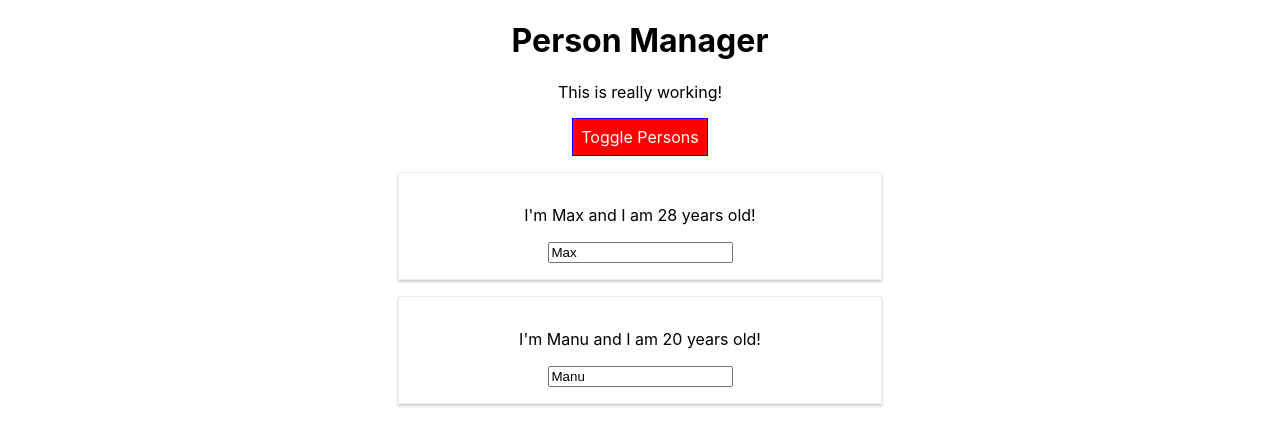
Repository: AidanHak/udemy-react-guide
Page: /, after clicking the first element matching `button`
The author's editor kept a copy of each file at every save. The page is drawn from the files as they stood at one save, then again after the next save.
The browser window is 1280 px wide. The pictures show the whole page.
The project was rebuilt for these pictures with package versions that can differ from the ones it lists, and the page was loaded fresh each time. Also part of the build but not shown: src/components/ErrorBoundary/ErrorBoundary.js.

Above is the page before, as saved 2021-02-28 12:01:40.

### src/index.js
import React from 'react';
import ReactDOM from 'react-dom';
import './index.css';
import App from './containers/App';
import reportWebVitals from './reportWebVitals';

ReactDOM.render(
  <React.StrictMode>
    <App appTitle="Person Manager" />
  </React.StrictMode>,
  document.getElementById('root')
);

// If you want to start measuring performance in your app, pass a function
// to log results (for example: reportWebVitals(console.log))
// or send to an analytics endpoint. Learn more: https://bit.ly/CRA-vitals
reportWebVitals();

### src/containers/App.js
import React, { Component } from 'react';
import styles from './App.module.css';
import Persons from '../components/Persons/Persons';
import Cockpit from '../components/Cockpit/Cockpit';

class App extends Component {
	constructor(props) {
		super(props);
		console.log('[App.js] constructor');
	}

	state = {
		persons: [
			{ id: 'sfsdkf', name: 'Max', age: 28},
			{ id: 'kdlsd', name: 'Manu', age: 20}
		],
		showPersons: false
	}

	static getDerivedStateFromProps(props, state) {
		console.log('[App.js] getDerivedStateFromProps', props);
		return state;
	}

	componentDidMount() {
		console.log('[App.js] componentDidMount');
	}

	componentDidUpdate() {
		console.log('[App.js] componentDidUpdate');
	}

	nameChangedHandler = (event, id) => {
		const personIndex = this.state.persons.findIndex(p => {
			return p.id === id;
		});

		const person = {
			...this.state.persons[personIndex]
		};

		person.name = event.target.value;

		const persons = [...this.state.persons];
		persons[personIndex] = person;

		this.setState({
			persons: persons
		})
	}

	deletePersonHandler = (personIndex) => {
		const persons = [...this.state.persons];
		persons.splice(personIndex, 1);
		this.setState({
			persons: persons
		})
	}

	togglePersonsHandler = () => {
		const doesShow = this.state.showPersons;
		this.setState({
			showPersons: !doesShow
		})
	}

	render() {
		console.log('[App.js] render');
		let persons = null;

		if (this.state.showPersons) {
			persons = <Persons
				persons={this.state.persons}
				clicked={this.deletePersonHandler}
				changed={this.nameChangedHandler} />;
		}

		return (
			<div className={styles.App}>
				<Cockpit
					title={this.props.appTitle}
					showPersons={this.state.showPersons}
					persons={this.state.persons}
					clicked={this.togglePersonsHandler} />
				{persons}
			</div>
		);
	}
}

export default App;

### src/components/Persons/Persons.js
import React, { Component } from 'react';
import Person from './Person/Person';
import ErrorBoundary from '../ErrorBoundary/ErrorBoundary';

class Persons extends Component {
	// static getDerivedStateFromProps(props, state) {
	// 	console.log('[Persons.js] getDerivedStateFromProps');
	// 	return state;
	// }

	// componentWillReceiveProps(props) {
	// 	console.log('[Persons.js] componentWillReceiveProps', props);
	// }

	shouldComponentUpdate(nextProps, nextState) {
		console.log('[Persons.js] shouldComponentUpdate');
		return true;
	}

	getSnapshotBeforeUpdate(prevProps, prevState) {
		console.log('[Persons.js] getSnapshotBeforeUpdate');
		return { message: 'Snapshot!' };
	}

	componentDidUpdate(prevProps, prevState, snapshot) {
		console.log('[Persons.js] componentDidUpdate');
		console.log(snapshot);
	}

	render() {
		console.log('[Persons.js] rendering...');
		return this.props.persons.map((person, index) => {
			return <ErrorBoundary key={person.id}>
				<Person
				click={() => this.props.clicked(index)}
				name={person.name}
				age={person.age}
				//key={person.id}
				nameChange={(event) => this.props.changed(event, person.id)} />
			</ErrorBoundary>
		});
	}
}

export default Persons;

### src/components/Cockpit/Cockpit.js
import React from 'react';
import styles from './Cockpit.module.css';

const cockpit = (props) => {
	const assignedClasses = [];
	let btnClass = '';
	if (props.showPersons) {
		btnClass = styles.Red;
	}

	if (props.persons.length <= 1) {
		assignedClasses.push(styles.red);
	}
	if (props.persons.length === 0) {
		assignedClasses.push(styles.bold);
	}

	return (
		<div className={styles.Cockpit}>
			<h1>{props.title}</h1>
			<p className={assignedClasses.join(' ')}>This is really working!</p>
			<button
				//style={style}
				//altStyle={this.state.showPersons}
				className={btnClass}
				onClick={props.clicked}>Toggle Persons
			</button>
		</div>
	);
};

export default cockpit;

### src/components/Persons/Person/Person.js
import React, { Component } from 'react';
import styles from './Person.module.css';

class Person extends Component {
	render() {
		console.log('[Person.js] rendering...');
		return (
			<div className={styles.Person}>
				<p onClick={this.props.click}>I'm {this.props.name} and I am {this.props.age} years old!</p>
				<p>{this.props.children}</p>
				<input type="text" value={this.props.name} onChange={this.props.nameChange} />
			</div>
		);
	}
}

export default Person;

### src/components/Cockpit/Cockpit.module.css
.red {
	color: red;
}

.bold {
	font-weight: bold;
}

.Cockpit button {
	background-color:green;
	color:white;
	font:inherit;
	border:1px solid blue;
	padding:8px;
	cursor:pointer;
}

.Cockpit button:hover {
	background-color:lightgreen;
	color:black;
}

.Cockpit button.Red {
	background-color:red;
}

.Cockpit button.Red:hover {
	background-color:salmon;
}

### src/components/Persons/Person/Person.module.css
.Person {
	width:35%;
	margin:16px auto;
	border:1px solid #eee;
	box-shadow:0 2px 3px #ccc;
	padding:16px;
	text-align:center;
}

@media (min-width:500px) {
	.Person {
		width:450px;
	}
}

Loaded but not shown: public/index.html (common file); src/index.css (common file); src/reportWebVitals.js (common file); src/containers/App.module.css (common file)

After the next save:
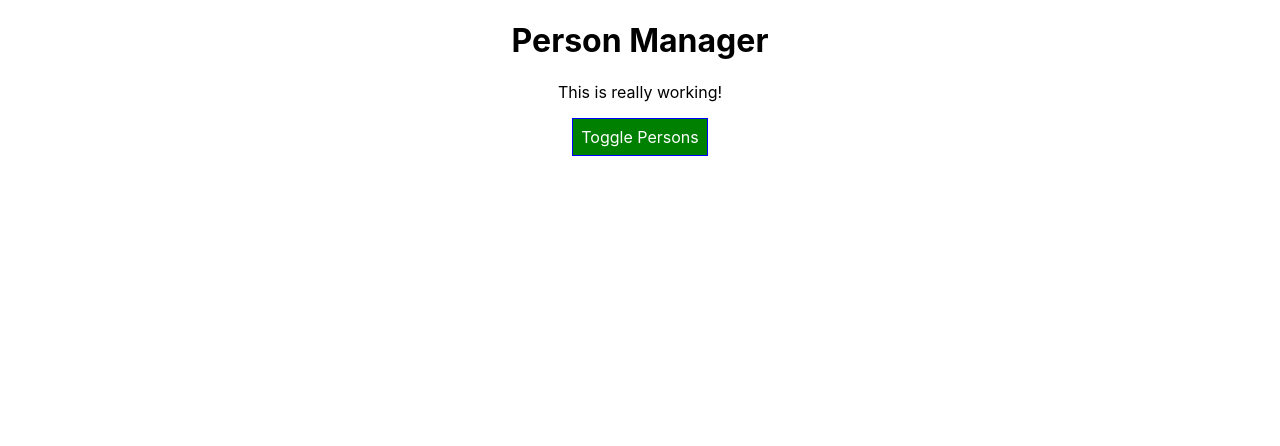
Saved 18 s later.
--- a/src/containers/App.js
+++ b/src/containers/App.js
@@ -24,6 +24,10 @@
 
 	componentDidMount() {
 		console.log('[App.js] componentDidMount');
+	}
+
+	shouldComponentUpdate() {
+		console.log('[App.js] shouldComponentUpdate');
 	}
 
 	componentDidUpdate() {

After the save that followed:
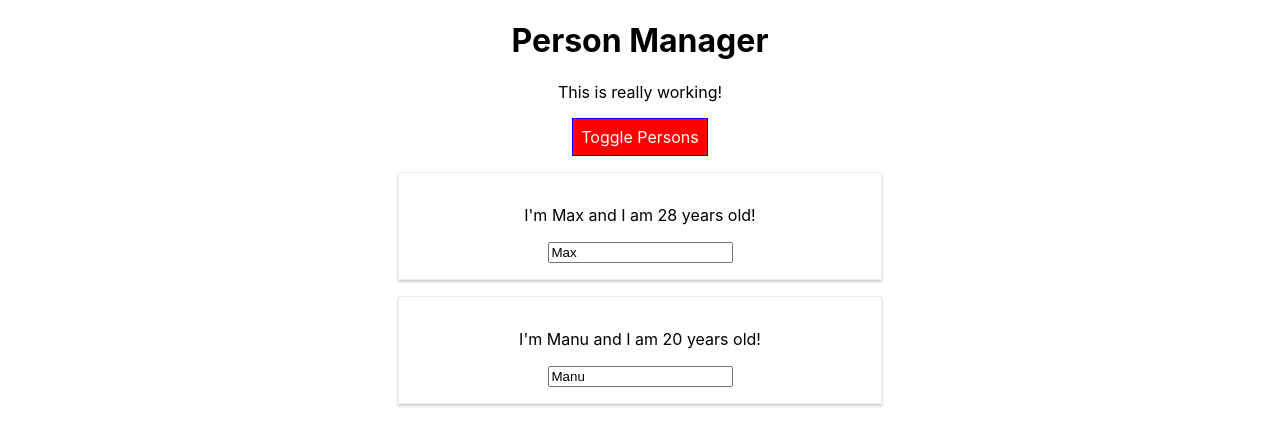
Saved 2 min 59 s later.
--- a/src/containers/App.js
+++ b/src/containers/App.js
@@ -26,8 +26,9 @@
 		console.log('[App.js] componentDidMount');
 	}
 
-	shouldComponentUpdate() {
+	shouldComponentUpdate(nextProps, nextState) {
 		console.log('[App.js] shouldComponentUpdate');
+		return true;
 	}
 
 	componentDidUpdate() {
